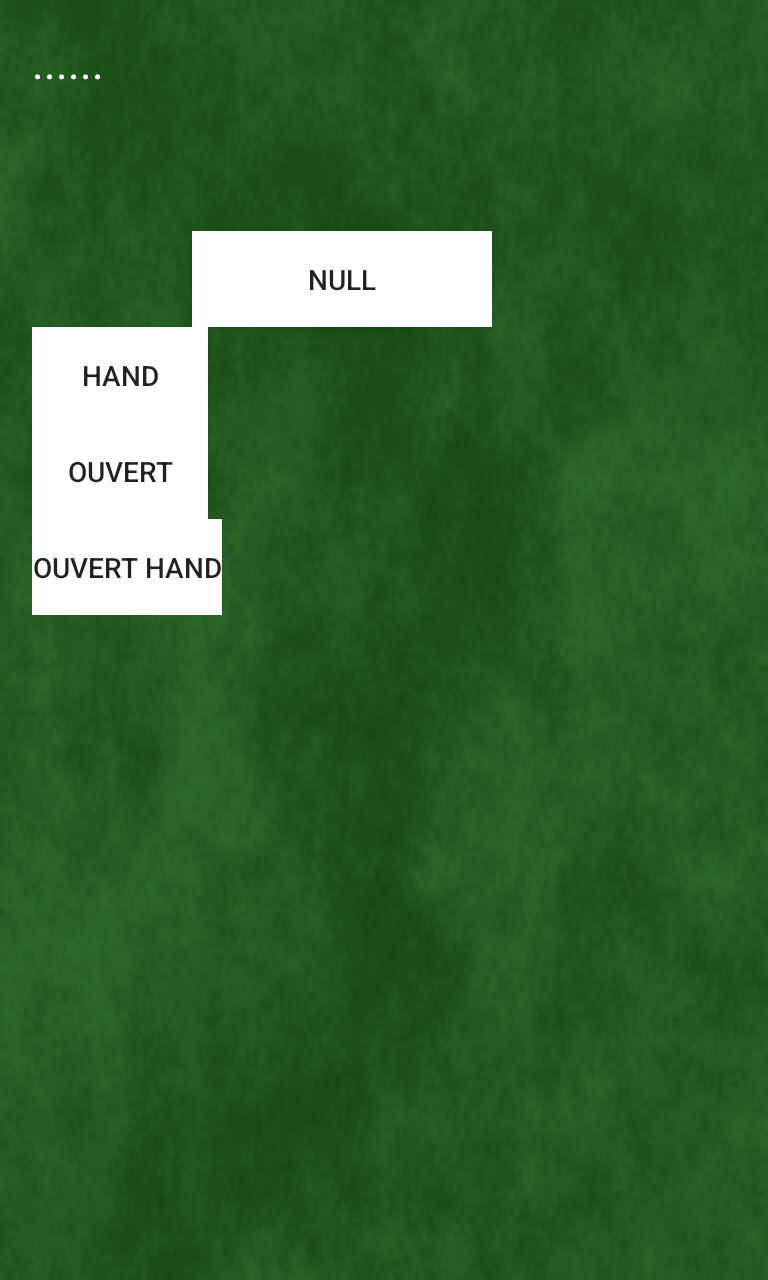
Repository: razinanu/InSy-Skat
Layout: InSy-Skat/res/layout/fragment_null_s.xml
The author's editor kept a copy of each file at every save. The layout is drawn from the files as they stood at one save, then again after the next save.
It is drawn on a 768 x 1280 px phone screen (xhdpi) without system bars, with theme AppThemeWithoutActionBarTitle; the app's code is not run.

Above is the layout before, as saved 2014-06-21 19:08:06.

After the next save:
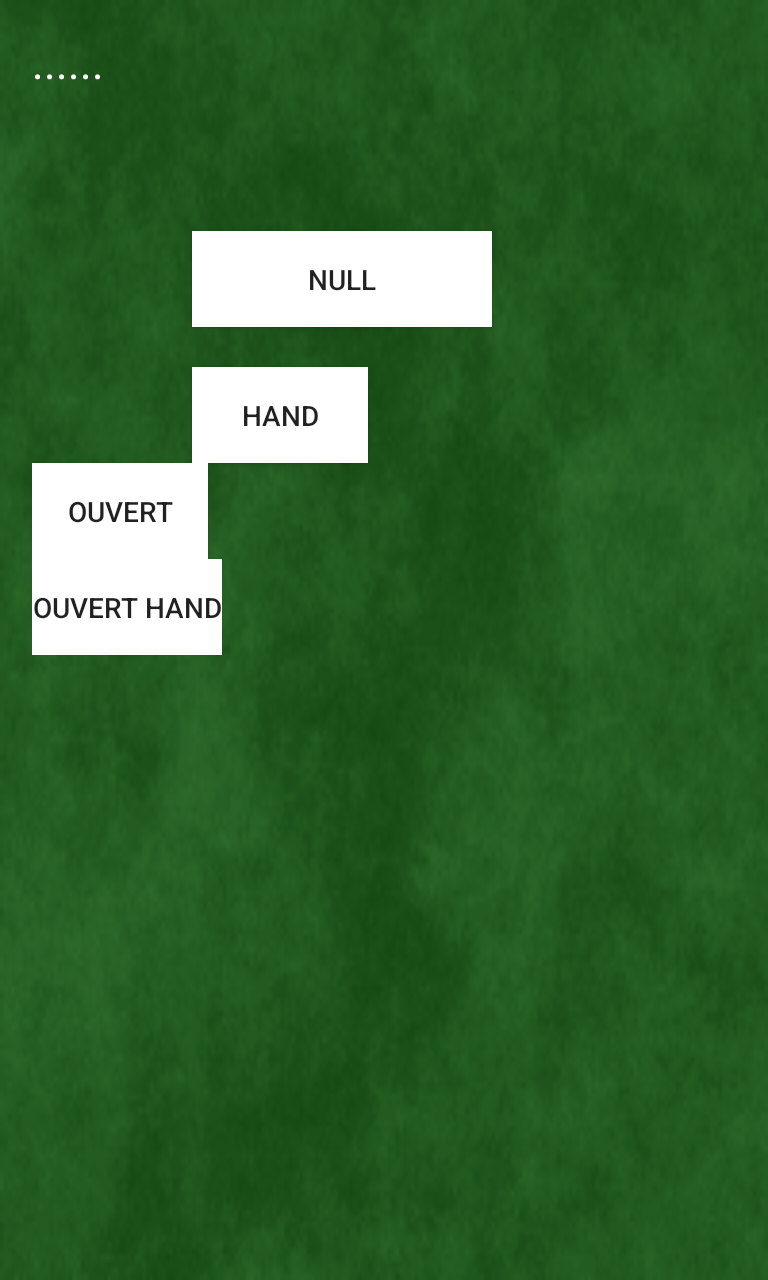
Saved 21 s later.
--- a/InSy-Skat/res/layout/fragment_null_s.xml
+++ b/InSy-Skat/res/layout/fragment_null_s.xml
@@ -37,6 +37,8 @@
                  android:id="@+id/nullH"
                  android:layout_width="wrap_content"
                  android:layout_height="wrap_content"
+                  android:layout_marginTop="20dp"
+                android:layout_marginLeft="80dp"
                  android:text="@string/nullH"
                  android:background="#ffffff" />
 
